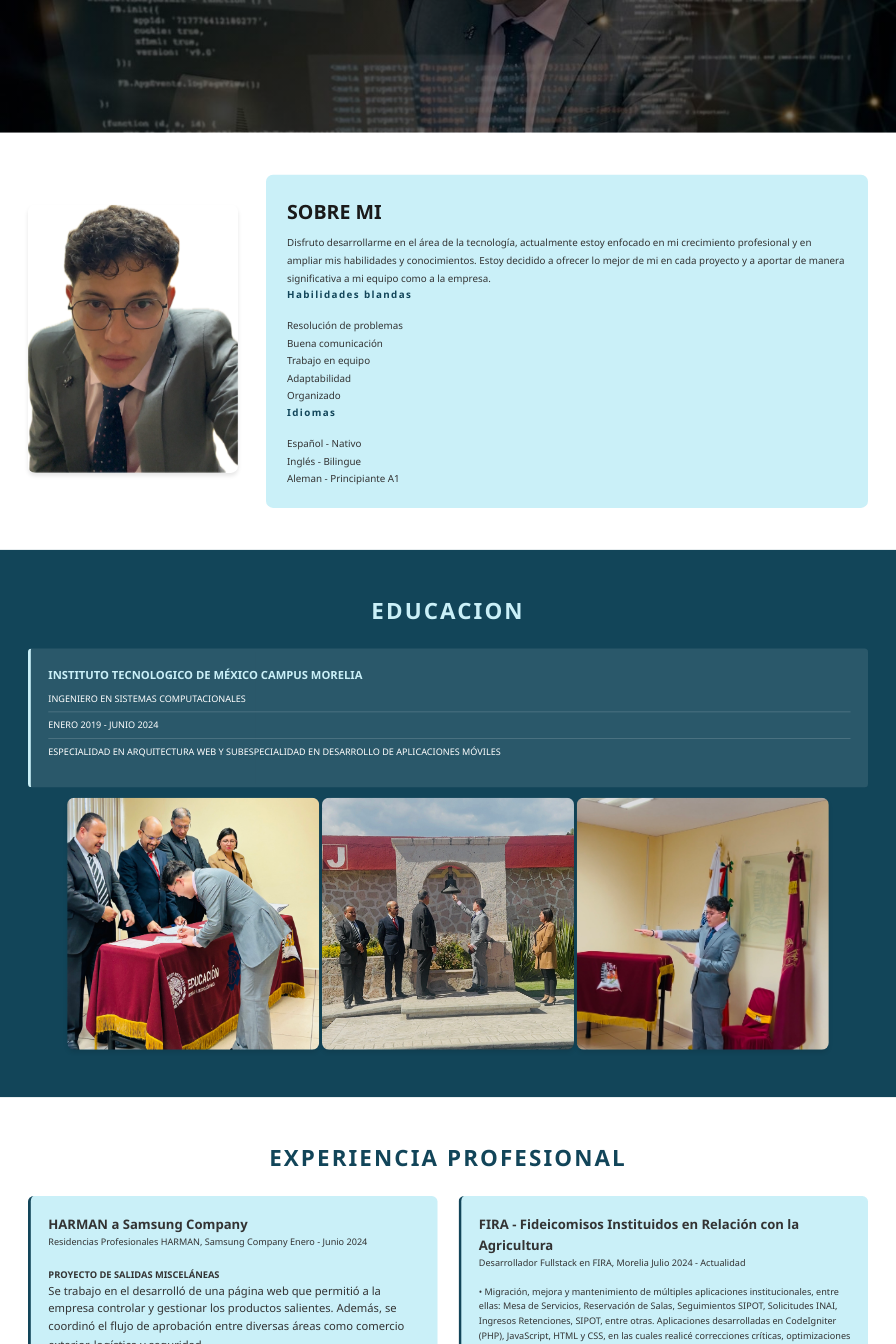
Repository: rafaelsilva2k/mi-portafolio
Page: index.html
An editor plug-in stored every save of this project. The page is shown before and after the next save, followed by the edit.
The browser window is 1280 px wide. The pictures show the part of the page from y = 411 to 2331 px (the page is 3399 px tall before and 3313 px after), at 70% of full size.

Above is the page before, as saved 2026-04-17 13:43:47.

After the next save:
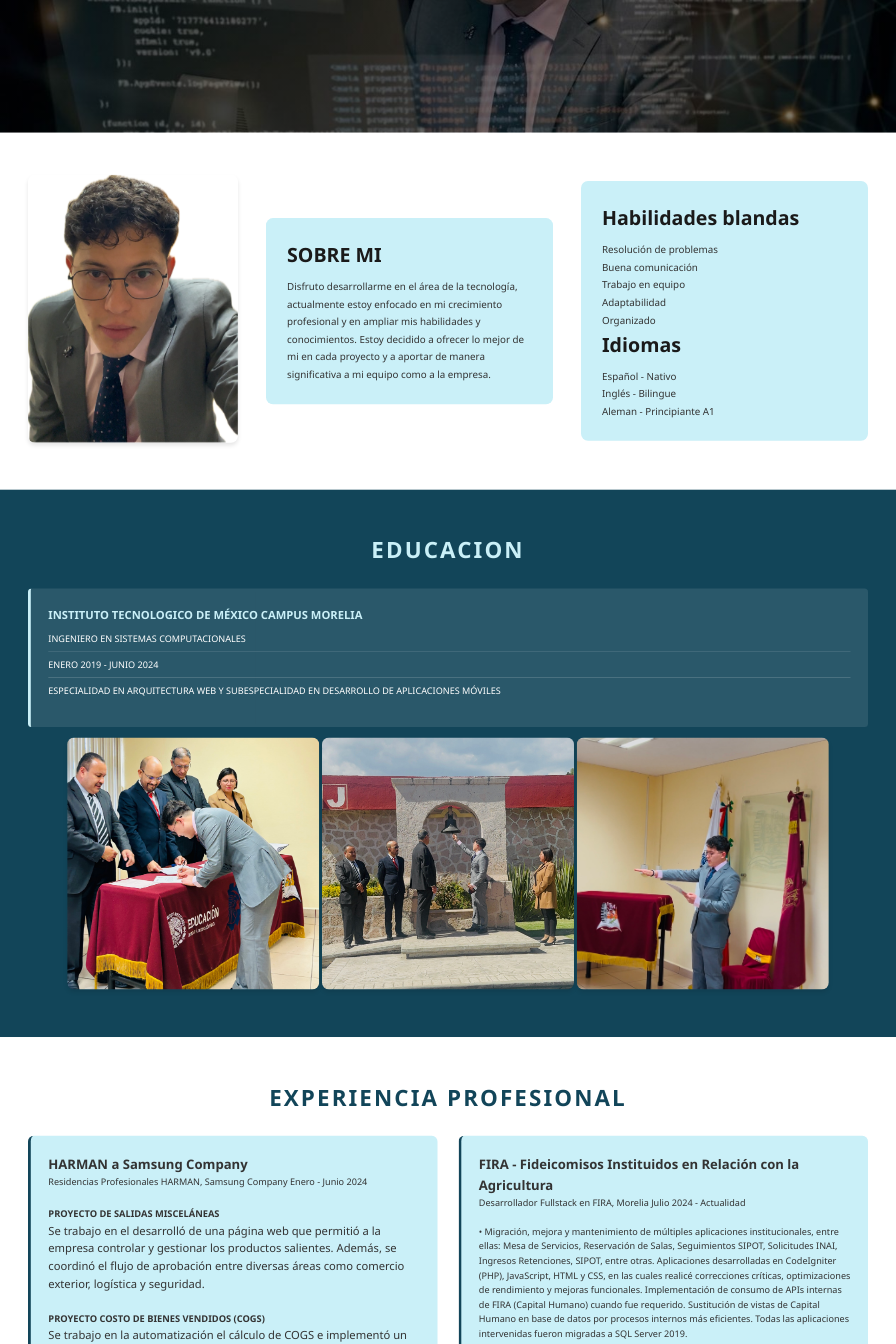
Saved 5 s later.
--- a/index.html
+++ b/index.html
@@ -35,35 +35,27 @@
      </section>
 
      <!-- SECCIÓN SOBRE MÍ: Foto + Descripción -->
-      <!-- SECCIÓN SOBRE MÍ: Foto + Descripción -->
-<section id="sobre-mi" class="sobre-mi">
-  <div class="sobre-mi-container">
-    <!-- FOTO A LA IZQUIERDA -->
-    <div class="sobre-mi-foto">
-      <img src="images/me.png" alt="Rafael Silva">
-    </div>
-
-    <!-- RECUADRO AZUL A LA DERECHA (contiene TODO) -->
-    <div class="sobre-mi-texto">
-      <!-- Título y descripción general -->
-      <h2>SOBRE MI</h2>
-      <p>Disfruto desarrollarme en el área de la tecnología, actualmente estoy enfocado en mi crecimiento profesional y en ampliar mis habilidades y conocimientos. Estoy decidido a ofrecer lo mejor de mi en cada proyecto y a aportar de manera significativa a mi equipo como a la empresa.</p>
-
-      <!-- DENTRO DEL RECUADRO: Habilidades + Idiomas lado a lado -->
-      <div class="sobre-mi-habilidades-container">
-        <div class="sobre-mi-habilidades">
-          <h3>Habilidades blandas</h3>
-          <p>Resolución de problemas<br>Buena comunicación<br>Trabajo en equipo<br>Adaptabilidad<br>Organizado</p>
+      <section id="sobre-mi" class="sobre-mi">
+        <div class="sobre-mi-container">
+            <div class="sobre-mi-foto">
+                <img src="images/me.png" alt="Rafael Silva">
+            </div>
+            <div class="sobre-mi-texto">
+                <h2>SOBRE MI</h2>
+                <p>Disfruto desarrollarme en el área de la tecnología, actualmente estoy enfocado en mi crecimiento profesional y en ampliar mis habilidades y conocimientos. Estoy decidido a ofrecer lo mejor de mi en cada proyecto y a aportar de manera significativa a mi equipo como a la empresa.</p>
+            </div>
+            <div class="sobre-mi-texto">
+                <div class="sobre-mi-habilidades">
+                    <h2>Habilidades blandas</h2>
+                    <p> Resolución de problemas <br> Buena comunicación <br> Trabajo en equipo  <br> Adaptabilidad <br> Organizado</p>
+                <div>
+                <div class="sobre-mi-habilidades">
+                    <h2>Idiomas</h2>
+                    <p>Español - Nativo <br> Inglés - Bilingue <br> Aleman - Principiante A1</p>
+                </div>
+            </div>
         </div>
-
-        <div class="sobre-mi-habilidades">
-          <h3>Idiomas</h3>
-          <p>Español - Nativo<br>Inglés - Bilingue<br>Aleman - Principiante A1</p>
-        </div>
-      </div>
-    </div>
-  </div>
-</section>
+      </section>
 
       <!--Seccion de Educacion-->
       <section id="educacion" class="educacion">
